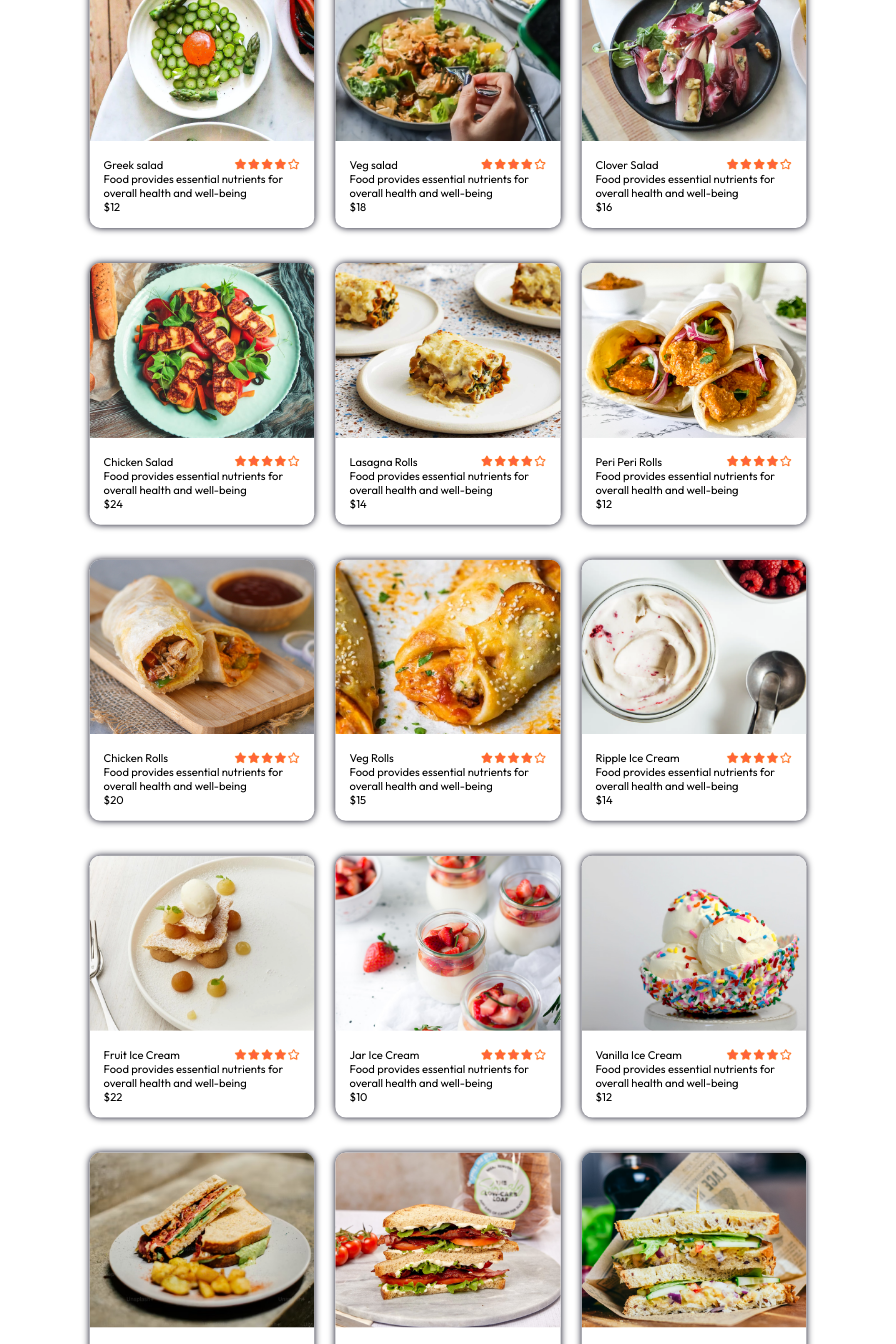
Repository: guilhermecardoso93/tomato-front-end
Page: /
An editor plug-in stored every save of this project. The page is shown before and after the next save, followed by the edit.
The browser window is 1280 px wide. The pictures show the part of the page from y = 1041 to 2961 px (the page is 5606 px tall before and 5716 px after), at 70% of full size.
The project was rebuilt for these pictures with package versions that can differ from the ones it lists, and the page was loaded fresh each time. Also part of the build but not shown: vite.config.js, src/pages/Cart/styles.css, src/pages/Cart/index.jsx, src/pages/PlaceOrder/styles.css, src/pages/PlaceOrder/index.jsx.

Above is the page before, as saved 2024-10-30 19:35:49.

After the next save:
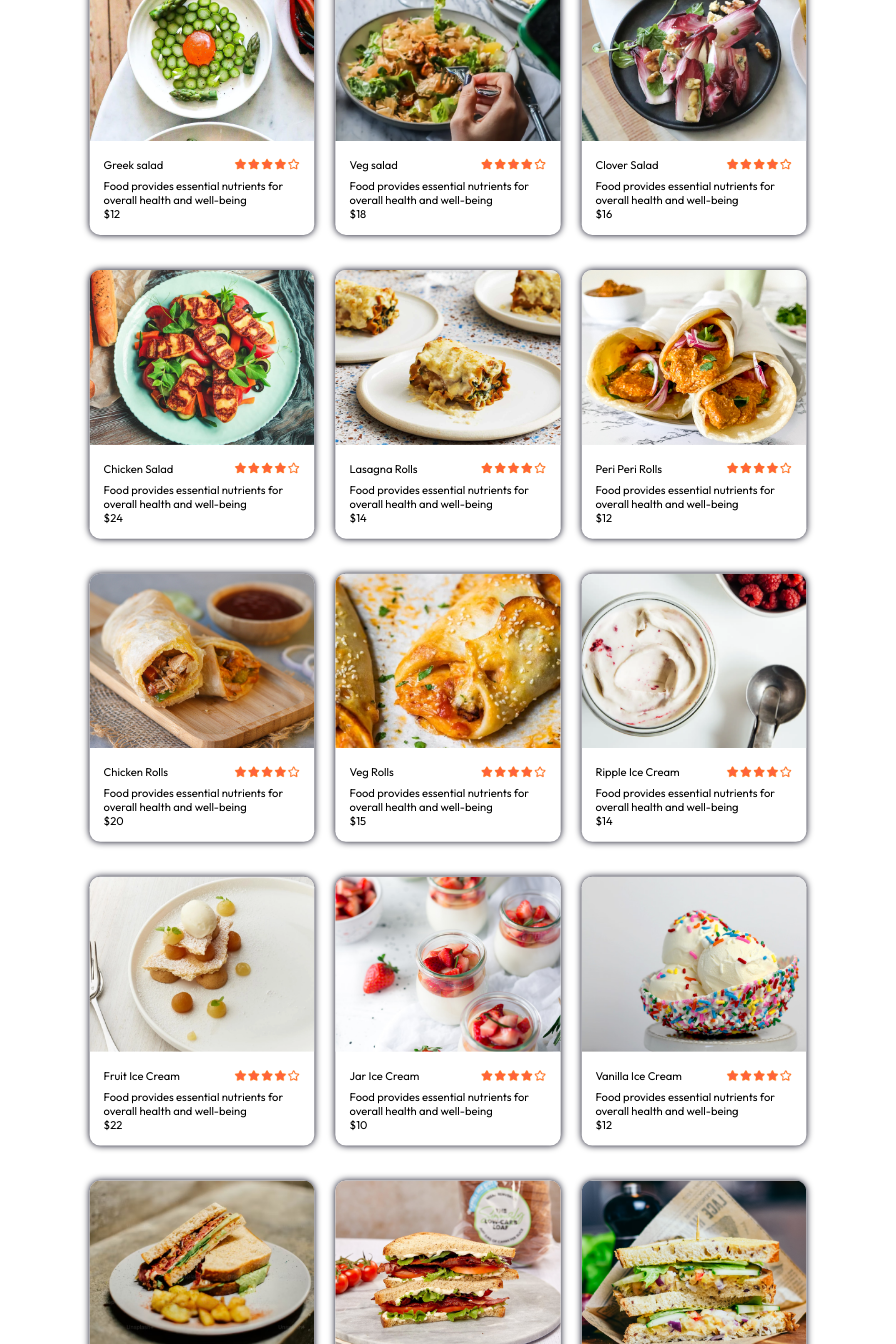
Saved 7 s later.
--- a/src/components/FoodItem/styles.css
+++ b/src/components/FoodItem/styles.css
@@ -20,4 +20,5 @@
   display: flex;
   justify-content: space-between;
   align-items: center;
+  margin-bottom: 10px;
 }
